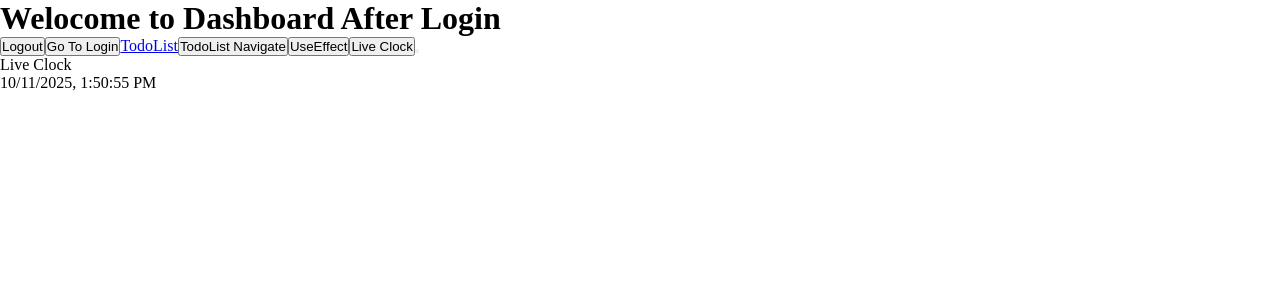
Repository: harshrathore123/ReactPractice
Page: /dashboard/live_clock (app in my-app/)
These files come from the project's save history. The page is drawn as it stood at one moment and after the next save; the edit follows.
The browser window is 1280 px wide. The pictures show the whole page.
The project was rebuilt for these pictures with package versions that can differ from the ones it lists, and the page was loaded fresh each time. Also part of the build but not shown: my-app/vite.config.js, my-app/src/component/Desctructuing.jsx, my-app/src/component/FirstName.jsx, my-app/src/component/Increment.jsx, my-app/src/component/Event.jsx, my-app/src/component/Form.jsx, my-app/src/component/Rendering.jsx, my-app/src/component/RenderingList.jsx and 6 more.

Above is the page before, as saved 2025-10-13 12:36:44.

### my-app/src/App.jsx
import './App.css';
import Destructuring from './component/Desctructuing';
import FirstName from './component/FirstName';
import Increment from './component/Increment';
import Event from './component/Event';
import Form from './component/Form';
import Rendering from './component/Rendering';
import RenderingList from './component/RenderingList';
import TodoList from './component/TodoList';
import {BrowserRouter, Routes, Route} from 'react-router-dom';
import Products from './component/Products';
import ProductDetails from './component/ProductDetails';
import Login from './component/Login';
import Dashboard from './component/Dashboard';
import UseEffect from './component/use_Effect';
import UseState_UseEffect from './component/Hooks/UseState_UseEffect';
import ClockWithControl from './component/Hooks/ClockWithControl';

function App() {
  return (
    <>
    {/* <FirstName name="Harsh Rathore" age="23"/>
    <Destructuring batch="mern" internship_exp="4month"/>
    <Increment/>
    <Event intro="Hi I am harsh rathore"/>
    <Form/>
    <Rendering isLoggedIn={false}/>
    <RenderingList/>

    <TodoList/> */}
  <BrowserRouter>
      <Routes>
        {/* Parent route for products */}
        <Route path="/products" element={<Products />}>
          {/* Nested route inside /products */}
          <Route path=":id" element={<ProductDetails />} />
        </Route>

        <Route path='/login' element={<Login/>}/>
        <Route path='/dashboard' element={<Dashboard/>}>
        {/* Nested another component inside dashboard */}
          <Route path='todolist' element={<TodoList/>}/>
          <Route path='useeffect' element={<UseEffect/>}/>
          <Route path='live_clock' element={<UseState_UseEffect/>}/>
          <Route path='clockwithcontrol' element={<ClockWithControl/>}/>
        </Route>

      </Routes>
    </BrowserRouter>


    </>
  )
}

export default App

### my-app/src/component/Dashboard.jsx
import { Link,Outlet, useNavigate } from "react-router-dom"
export default function Dashboard(){
    const navigate = useNavigate();
    const gotoLogin = () =>{
        navigate('/login');
    }

    const todolistNavigate = () =>{
        navigate('/dashboard/todolist');
    }

    return(
        <>
        <h1>Welocome to Dashboard After Login</h1>

        <button onClick={()=>navigate('/login')}>Logout</button>
        <button onClick={gotoLogin}>Go To Login</button>

        <Link to="todolist">TodoList</Link>
        <button onClick={todolistNavigate}>TodoList Navigate</button>
        <button onClick={()=>navigate('/dashboard/useeffect')}>UseEffect</button>
        <button onClick={()=>navigate('/dashboard/live_clock')}>Live Clock</button>
        <button onClick={()=>navigate('/dashboard/clockwithcontrol')}></button>
        <Outlet/>
        </>
    )
}

### my-app/src/component/Hooks/UseState_UseEffect.jsx
import { useEffect } from "react"
import { useState } from "react"

export default function UseState_UseEffect(){
const [timer,setTimer] = useState(new Date().toLocaleString())

useEffect(()=>{
const time = setInterval(()=>{
    setTimer(new Date().toLocaleString())
},1000)

return ()=> clearInterval(time)
},[])

    return(
        <>
        <p>Live Clock</p>
        <p>{timer}</p>
        </>
    )
}

### my-app/src/component/TodoList.css
*{
    margin: 0;
    padding: 0;
    box-sizing: border-box;
}

.container{
    width: 100%;
    height: 100vh;
    background-image: url('https://encrypted-tbn0.gstatic.com/images?q=tbn:ANd9GcR6epnd0KtuwAaygjj-Ls7D5RjgwV_ijX_qUQ&s');
    background-repeat: no-repeat;
    background-size: cover;
    position:relative;
}

.todobox{
    width: 400px;
    height: auto;
    position: absolute;
    top: 100px;
    left:200px;
    background: transparent;
    border-radius: 20px;
    box-shadow: 0 0 20px black;
}

#headline{
    text-align: center;
    padding: 20px;
    color: blue;
}

#task{
    width: 350px;
    height: 38px;
    border-radius: 20px;
    border: 2px solid blue;
    position: absolute;
    left: 30px;
    top: 90px;
    padding: 20px;
    outline:none;
}

input::placeholder{
    color: black;
}

input:hover{
    outline: none;
}

.addtask{
    position: absolute;
    top:91px;
    right: 20px;
    width: 80px;
    height: 41px;
    border-radius: 20px;
    border: none;
    padding: 10px;
    background: transparent;
    outline: none;
    cursor: pointer;
    background-color: blue;
    color: white;
}

.ul_list {
  margin-top: 90px;
  list-style: none;
  padding: 30px;
}

.ul_list li {
  padding: 10px;
  background: #f4f4f4;
  margin-bottom: 8px;
  border-radius: 5px;
  display: flex;
  justify-content: space-between;
  align-items: center;
}

Loaded but not shown: my-app/index.html (common file); my-app/src/main.jsx (common file); my-app/src/App.css (common file)

After the next save:
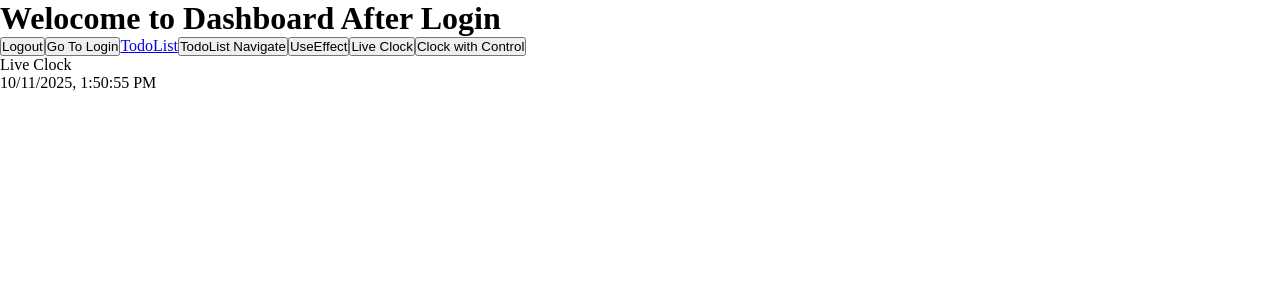
Saved 27 s later.
--- a/my-app/src/component/Dashboard.jsx
+++ b/my-app/src/component/Dashboard.jsx
@@ -20,7 +20,7 @@ export default function Dashboard(){
         <button onClick={todolistNavigate}>TodoList Navigate</button>
         <button onClick={()=>navigate('/dashboard/useeffect')}>UseEffect</button>
         <button onClick={()=>navigate('/dashboard/live_clock')}>Live Clock</button>
-        <button onClick={()=>navigate('/dashboard/clockwithcontrol')}></button>
+        <button onClick={()=>navigate('/dashboard/clockwithcontrol')}>Clock with Control</button>
         <Outlet/>
         </>
     )
